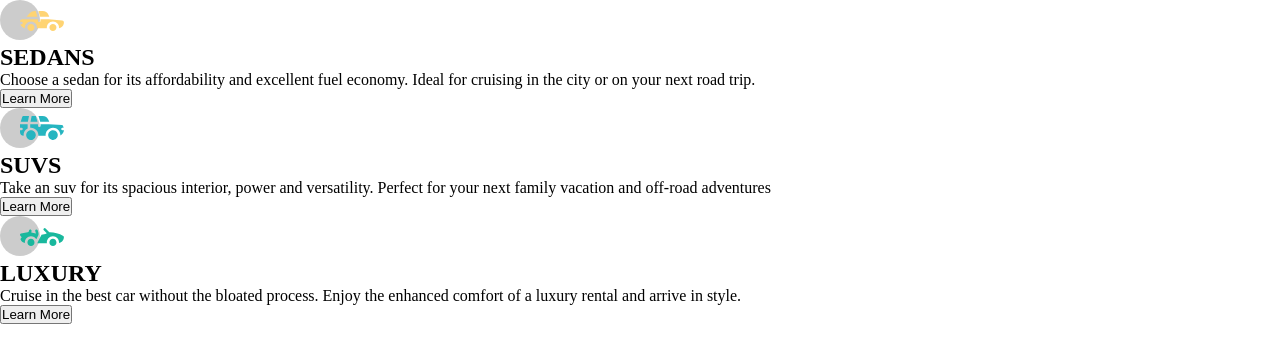
Repository: UnegbuAbigail/3-columns-cards
Page: index.html
The author's editor kept a copy of each file at every save. The page is drawn from the files as they stood at one save, then again after a run of saves.
The browser window is 1280 px wide. The pictures show the whole page.

Above is the page before, as saved 2024-08-03 12:43:48.

### index.html
<!DOCTYPE html>
<html lang="en">
<head>
    <meta charset="UTF-8">
    <meta name="viewport" content="width=device-width, initial-scale=1.0">
    <title>Document</title>
    <link rel="stylesheet" href="style.css">
</head>
<body>
    <main>
        <section>
            <!-- card-1 -->
             <div>
                <img src="assets/icon-sedans.svg" alt="sedan-car-image">
                <h2>SEDANS</h2>
                <p>Choose a sedan for its affordability and excellent fuel economy. Ideal for cruising in the city or on your next road trip.</p>
                <button>Learn More</button>
             </div>

             <!-- card-2 -->

             <div>
                <img src="assets/icon-suvs.svg" alt="">
                <h2>SUVS</h2>
          <p>
            Take an suv for its spacious interior, power and versatility.
            Perfect for your next family vacation and off-road adventures
          </p>
          <button>Learn More</button>
             </div>

             <!-- card-3 -->
             <div>
                <img src="assets/icon-luxury.svg" alt="luxury-car-image">
                <h2>LUXURY</h2>
                <p>
                    Cruise in the best car without the bloated process. Enjoy the enhanced comfort of a luxury rental and arrive in style.
                </p>
                <button>Learn More</button>
               </div>
        </section>
    </main>
</body>
</html>

### style.css

@import url('https://fonts.googleapis.com/css2?family=Lexend+Deca:wght@100..900&family=Montserrat:ital,wght@0,100..900;1,100..900&display=swap');
@import url('https://fonts.googleapis.com/css2?family=Big+Shoulders+Display:wght@100..900&family=Lexend+Deca:wght@100..900&family=Montserrat:ital,wght@0,100..900;1,100..900&display=swap');

*{
    padding: 0;
    margin: 0;
    box-sizing: border-box;
}

:root{
    --bright-orange:hsl(31, 77%, 52%)
    --dark-cyan: hsl(184, 100%, 22%)
    --very-dark-cyan:hsl(179, 100%, 13%)
    --transparent-white:hsla(0, 0%, 100%, 0.75)
    --very-light-gray:hsl(0, 0%, 95%)
    --ff-big-shoulders-display:"Big Shoulders Display", sans-serif;
    --ff-lexand-deca:"Lexand Deca", sans-serif;
}

html,body{
    display: ;
}

After the next 7 saves:
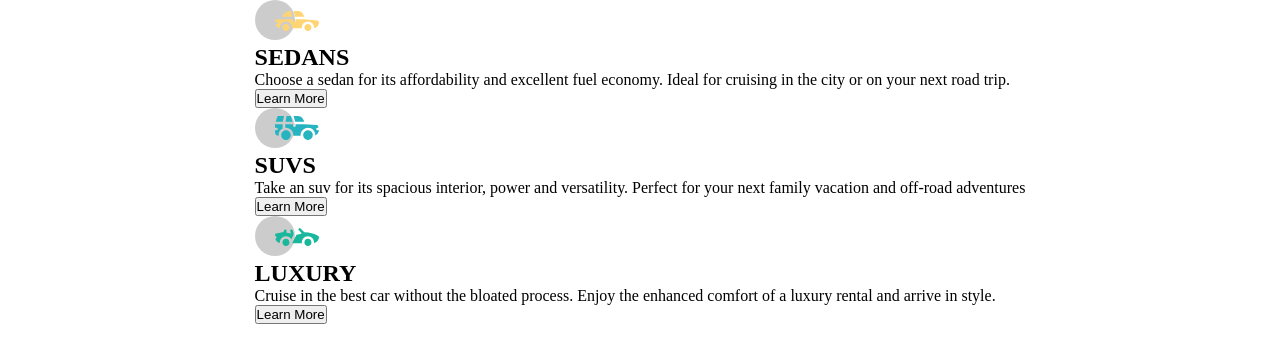
The 7 saves are shown as one change because they came seconds apart.
The last was saved 19 s later.
--- a/style.css
+++ b/style.css
@@ -19,5 +19,7 @@
 }
 
 html,body{
-    display: ;
+    display: flex;
+    justify-content: center;
+    ali
 }
